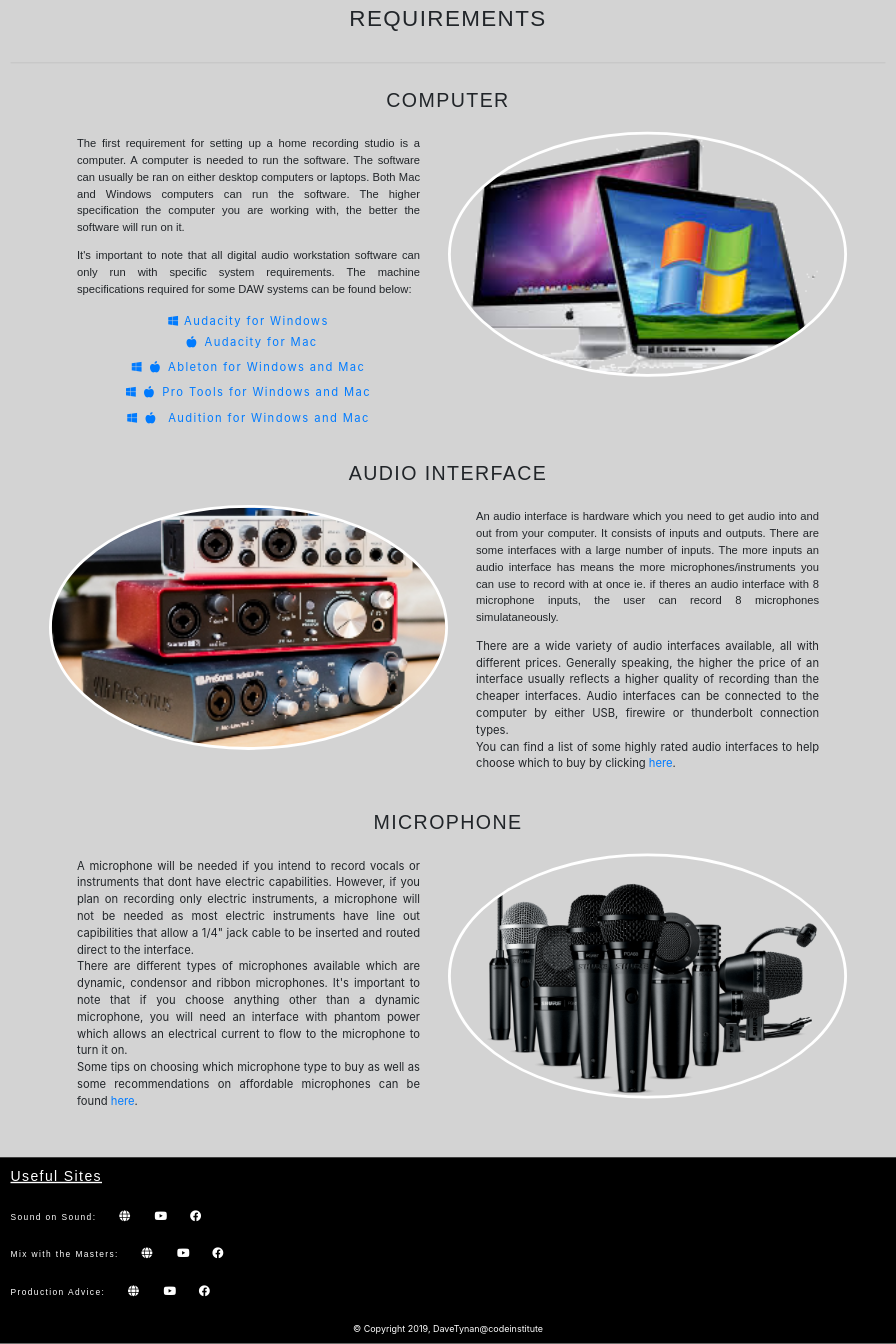
Repository: djjtyn/CIMilestoneProject1
Page: index.html
The author's editor kept a record of every edit. The page is drawn from the files as they stood at one moment, then again after the next edit.
The browser window is 1280 px wide. The pictures show the part of the page from y = 1325 to 3245 px (the page is 3245 px tall before and 3237 px after), at 70% of full size.
Some web libraries are served in a nearby version.

Above is the page before.
Console error (its wording comes from the project's code and is left out).

After the next edit:
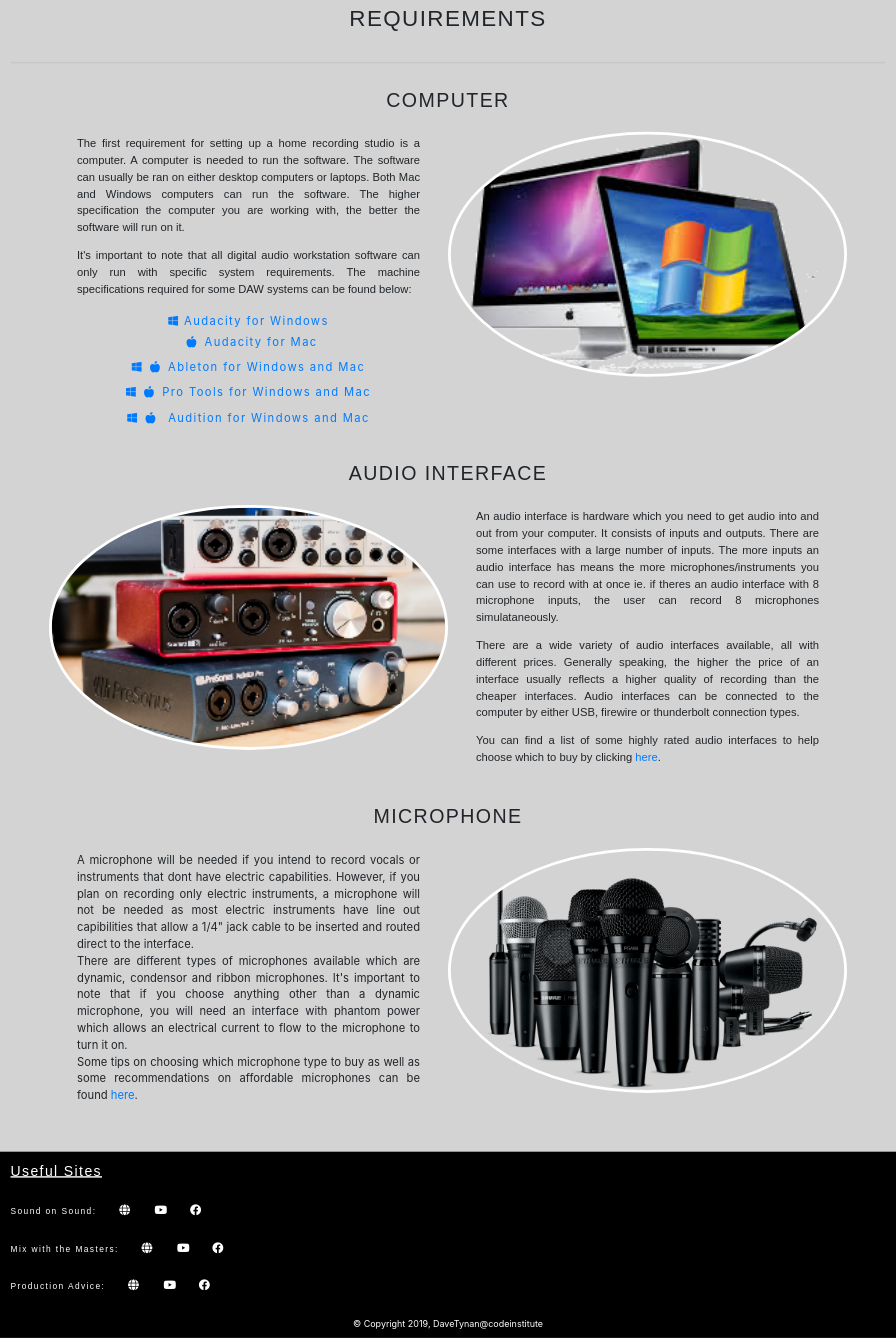
The edit:
--- a/index.html
+++ b/index.html
@@ -96,7 +96,8 @@
 </div>
         <div class="col-12 col-md-6 computer"></div>
       </div>
-      <div class="row"><!--REQUIREMENTS-INTERFACE-->
+      <div class="row">
+        <!--REQUIREMENTS-INTERFACE-->
         <div class="col-12">
           <h3>Audio Interface</h3>
         </div>
@@ -106,9 +107,9 @@
         <div class="col-12 col-md-6 interfacetxt">
           <p>An audio interface is hardware which you need to get audio into and out from your computer. It consists of inputs and outputs. There are some interfaces with a large number of inputs. The more inputs an audio interface has means the more microphones/instruments
             you can use to record with at once ie. if theres an audio interface with 8 microphone inputs, the user can record 8 microphones simulataneously.</p>
-            <p></p>There are a wide variety of audio interfaces available, all with different prices. Generally
-            speaking, the higher the price of an interface usually reflects a higher quality of recording than the cheaper interfaces. Audio interfaces can be connected to the computer by either USB, firewire or thunderbolt connection types. <br> You
-            can find a list of some highly rated audio interfaces to help choose which to buy by clicking <a href="https://www.sweetwater.com/insync/best-audio-interfaces-for-home-studio/" target="_blank">here</a>. </p>
+          <p>There are a wide variety of audio interfaces available, all with different prices. Generally speaking, the higher the price of an interface usually reflects a higher quality of recording than the cheaper interfaces. Audio interfaces can be connected
+            to the computer by either USB, firewire or thunderbolt connection types.</p>
+          <p>You can find a list of some highly rated audio interfaces to help choose which to buy by clicking <a href="https://www.sweetwater.com/insync/best-audio-interfaces-for-home-studio/" target="_blank">here</a>. </p>
         </div>
       </div>
       <div class="row"><!--REQUIREMENTS-MICROPHONE-->
